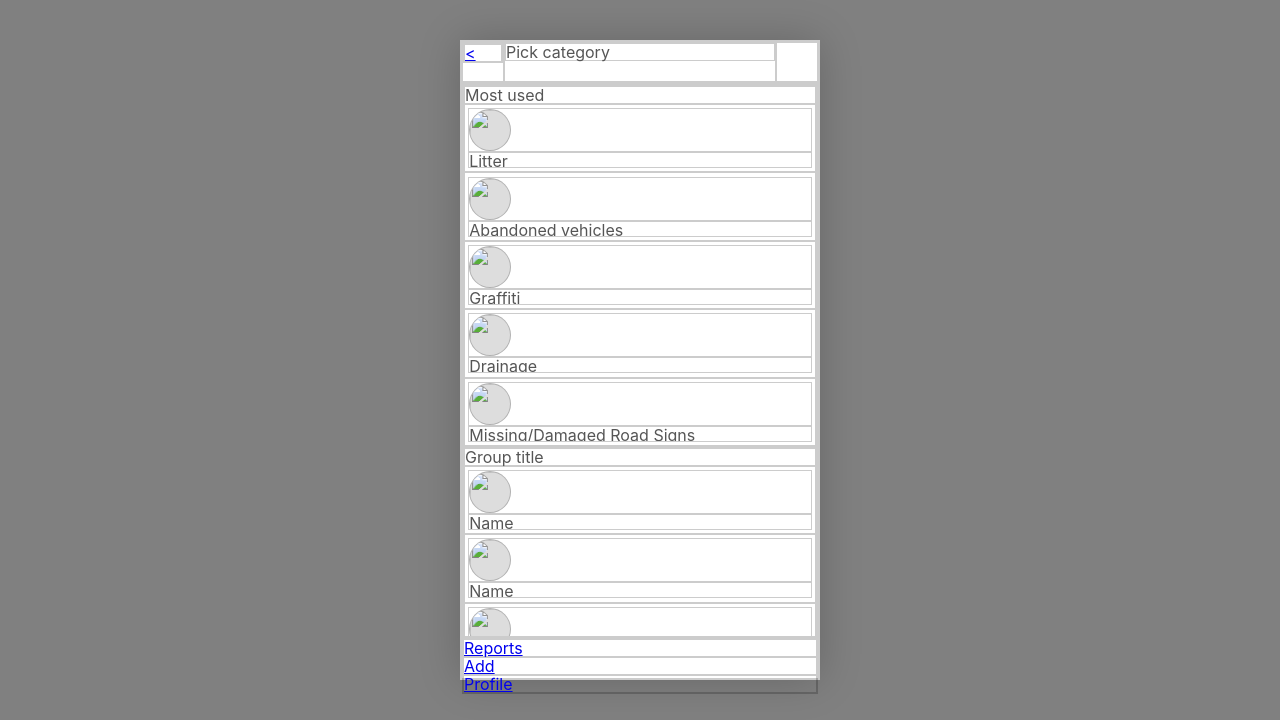
Repository: aleksandrenko/html-css-playground
Page: add report.html
These files come from the project's save history. The page is drawn as it stood at one moment and after the next save; the edit follows.
The browser window is 1280 px wide. The pictures show the whole page.

Above is the page before, as saved 2018-01-18 18:29:38.

### add report.html
<!DOCTYPE html>
<html lang="en">
<head>
  <meta charset="UTF-8">
  <link rel="stylesheet" href="./css/shared.css">
  <link rel="stylesheet" href="./css/pages/categories.css">
</head>
<body>

<app>
  <header>
    <left>
      <history-control>
        <a href="#"><</a>
      </history-control>
    </left>
    <middle>
      <page-name>Pick category</page-name>
    </middle>
    <right></right>
  </header>
  <main>
    <categories>
      <group>
        <title>Most used</title>
        <category>
            <picture><img src="./" alt=""></picture>
            <name>Litter</name>
          </category>
          <category>
            <picture><img src="./" alt=""></picture>
            <name>Abandoned vehicles</name>
          </category>
          <category>
            <picture><img src="./" alt=""></picture>
            <name>Graffiti</name>
          </category>
          <category>
            <picture><img src="./" alt=""></picture>
            <name>Drainage</name>
          </category>
          <category>
            <picture><img src="./" alt=""></picture>
            <name>Missing/Damaged Road Signs</name>
          </category>
      </group>

      <group>
          <title>Group title</title>
          <category>
              <picture><img src="./" alt=""></picture>
              <name>Name</name>
            </category>
            <category>
              <picture><img src="./" alt=""></picture>
              <name>Name</name>
            </category>
            <category>
              <picture><img src="./" alt=""></picture>
              <name>Name</name>
            </category>
            <category>
              <picture><img src="./" alt=""></picture>
              <name>Name</name>
            </category>
            <category>
              <picture><img src="./" alt=""></picture>
              <name>Name</name>
            </category>
            <category>
              <picture><img src="./" alt=""></picture>
              <name>Name</name>
            </category>
            <category>
              <picture><img src="./" alt=""></picture>
              <name>Name</name>
            </category>
            <category>
              <picture><img src="./" alt=""></picture>
              <name>Name</name>
            </category>
            <category>
              <picture><img src="./" alt=""></picture>
              <name>Name</name>
            </category>
            <category>
              <picture><img src="./" alt=""></picture>
              <name>Name</name>
            </category>
            <category>
              <picture><img src="./" alt=""></picture>
              <name>Name</name>
            </category>
        </group>
    </categories>
  </main>
  <footer>
    <nav>
      <a href="#">Reports</a>
      <a href="#">Add</a>
      <a href="report.html">Profile</a>
    </nav>
  </footer>
</app>

</body>
</html>

### css/shared.css
@import "config.css";
@import "reset.css";
@import "global.css";

@import "debug.css";

@import "layout.css";

### css/pages/categories.css
categories {
}

categories group category {
  padding: 0.2rem;
  display: block;
}

categories group picture img {
  display: block;
  width: 42px;
  height: 42px;
  background: #ddd;
  border-radius: 50%;
}

categories group name {
  overflow: hidden;
  text-overflow: ellipsis;
  height: 1rem;
}

### index.html
<!DOCTYPE html>
<html lang="en">
<head>
  <meta charset="UTF-8">
  <link rel="stylesheet" href="./css/shared.css">
  <link rel="stylesheet" href="./css/pages/splash.css">
</head>
<body>

<app>
  <splash>
    <h1>Ready to report?</h1>
    <h2>Report, track and discuss local problems!</h2>
    <login-button><a href="reports.html">Facebook</a></login-button>
  </splash>
</app>

</body>
</html>

### css/config.css
:root {
    --header-height: 42px;
    --footer-height: 42px;

    --min-width: 320px;
    --min-height: 460px;

    --text-global-color: #555;
    --text-global-font: "SF Pro Display", "SF Pro Icons", "Helvetica Neue", "Helvetica", "Roboto", "Arial" ,sans-serif;
}

### css/reset.css
html, body, div, span,
h1, h2, h3, h4, h5, h6, p,
a, abbr, acronym, address, img,
small, strike, strong,
b, u, i, center, ol, ul, li,
fieldset, form, label, footer, header,
menu, nav, section {
    margin: 0;
    padding: 0;
    border: 0;
    font-size: 100%;
    font: inherit;
    vertical-align: baseline;
}
/* HTML5 display-role reset for older browsers */
article, aside, details, figcaption, figure,
footer, header, hgroup, menu, nav, section {
    display: block;
}
body {
    line-height: 1;
}
ol, ul {
    list-style: none;
}

### css/global.css
body {
    min-height: var(--min-height);
    min-width: var(--min-width);
}

* {
    box-sizing: border-box;
    display: block;
}

app {
    font-family: var(--text-global-font);
    font-size: 1rem;
    color: var(--text-global-color);
    background: white;

}

### css/debug.css

body {
  background: gray;
}

body * {
  border: solid 1px rgba(0,0,0,0.2);
}

app {
  width: 360px;
  height: 640px;
  box-shadow: 0 0 40px rgba(0, 0, 0, .2);

  top: 50% !important;
  left: 50% !important;
  bottom: auto;
  right: auto;
  transform: translate(-50%, -50%);
}

### css/layout.css
app {
  display: flex;
  flex-direction: column;
  position: fixed;
  top: 0;
  bottom: 0;
  left: 0;
  right: 0;
}

/* app header */

app header {
  display: flex;
  height: 42px;
}

app header left {
  width: 42px;
}

app header middle {
  flex: 1;
}

app header right {
  width: 42px;
}

/* app main */

app main {
  flex: 1;
  position: relative;
  overflow: hidden;
}

/* app footer */

app footer {
  height: 42px;
}

After the next save:
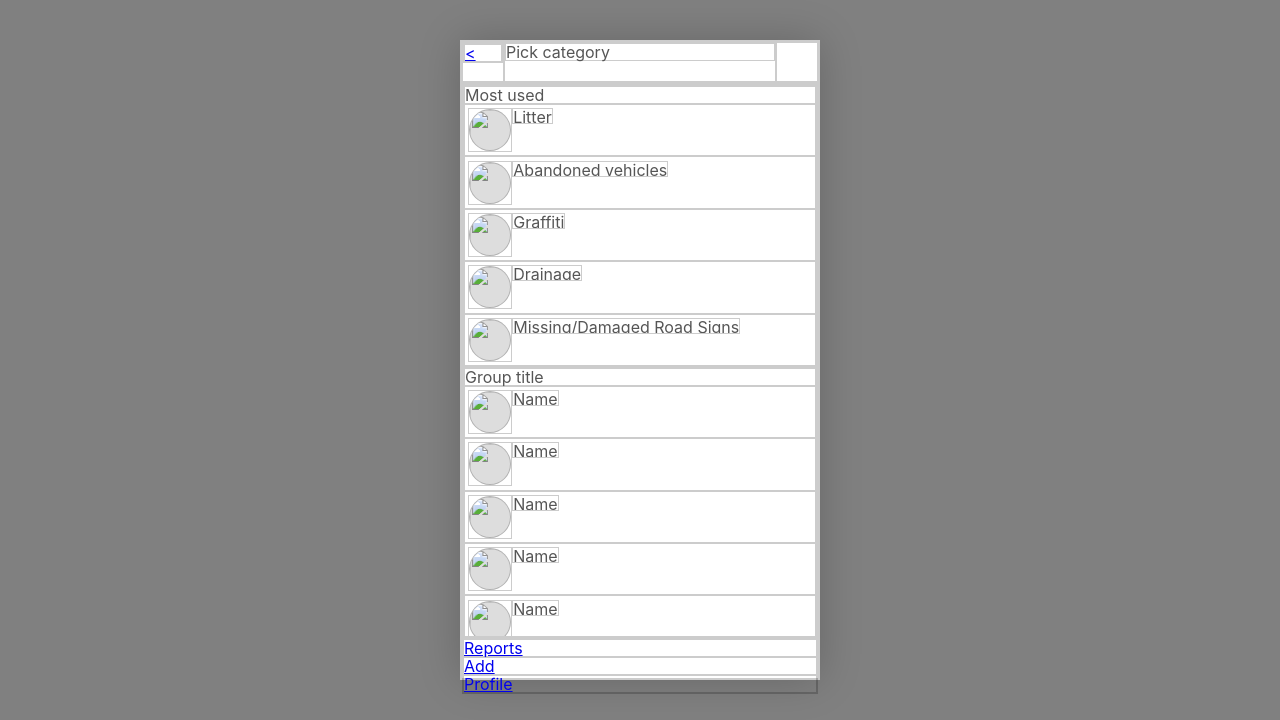
Saved 31 s later.
--- a/css/pages/categories.css
+++ b/css/pages/categories.css
@@ -3,7 +3,9 @@ categories {
 
 categories group category {
   padding: 0.2rem;
-  display: block;
+  display: flex;
+  flex-direction: row;
+
 }
 
 categories group picture img {
